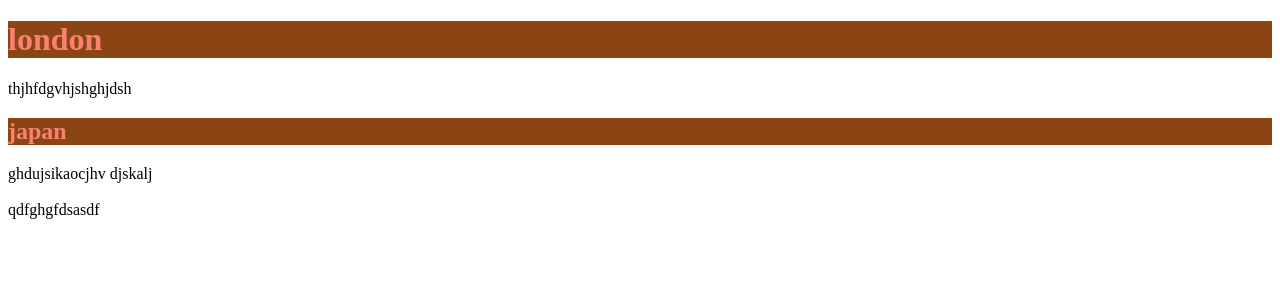
Repository: pratixa-chauhan/practice
Page: style/classattribute.html
The author's editor kept a copy of each file at every save. The page is drawn from the files as they stood at one save, then again after the next save.
The browser window is 1280 px wide. The pictures show the whole page.

Above is the page before, as saved 2021-12-17 13:43:11.

### style/classattribute.html
<!DOCTYPE html>
<html>
    <head>
        <style>
            .city{
                background-color: saddlebrown;
                color: salmon;
            }
        </style>
    </head>
    <body>
        <h1 class="city">london</h1>
        <p>thjhfdgvhjshghjdsh</p>
        <h2 class="city">japan</h2>
        <p>ghdujsikaocjhv djskalj</p>
        <h3 class="paris"></h3>
        <p>qdfghgfdsasdf</p>
    </body>
</html>

After the next save:
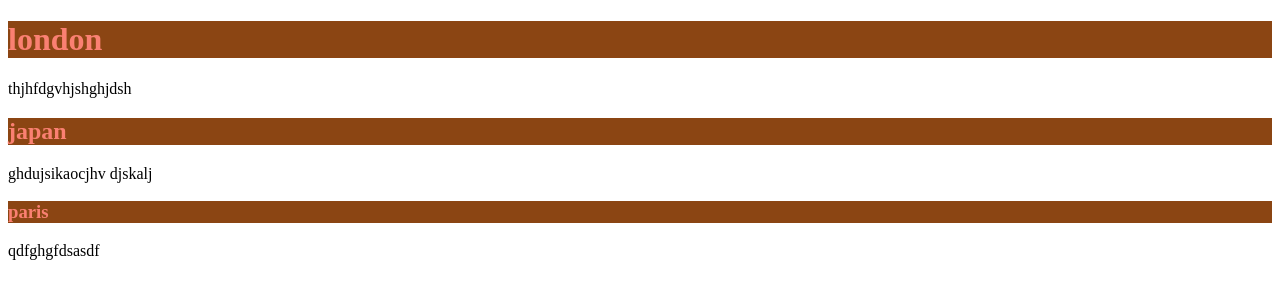
Saved 92 s later.
--- a/style/classattribute.html
+++ b/style/classattribute.html
@@ -13,7 +13,7 @@
         <p>thjhfdgvhjshghjdsh</p>
         <h2 class="city">japan</h2>
         <p>ghdujsikaocjhv djskalj</p>
-        <h3 class="paris"></h3>
+        <h3 class="city">paris</h3>
         <p>qdfghgfdsasdf</p>
     </body>
 </html>
